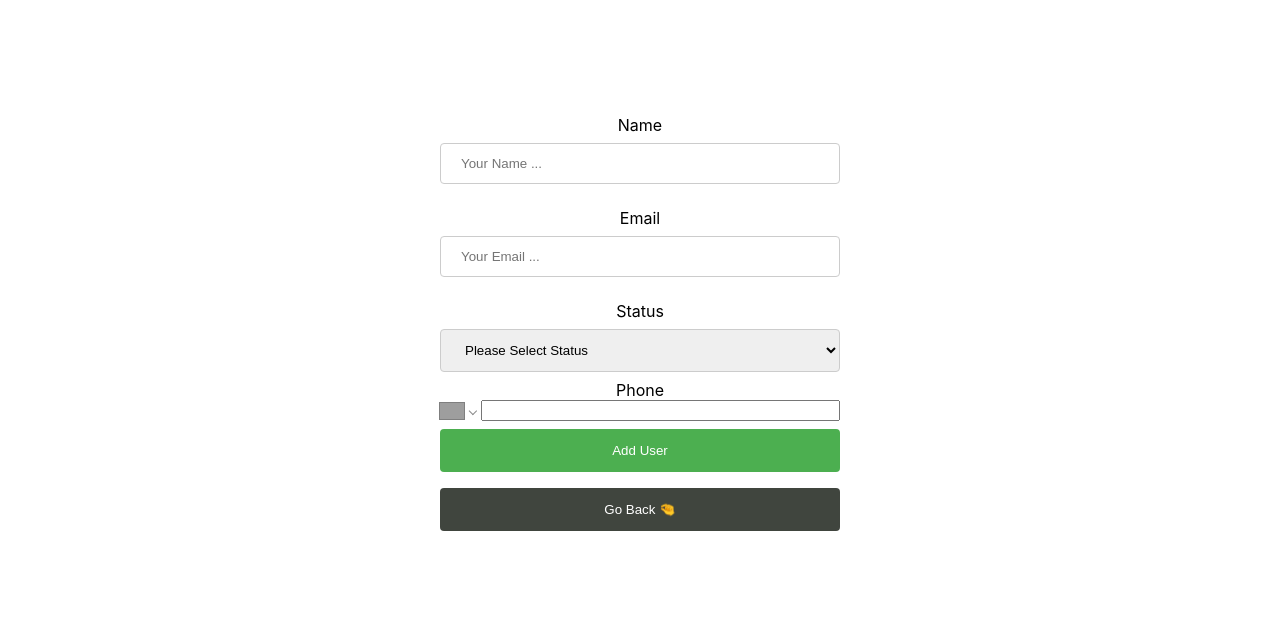
Repository: fdhhhdjd/Redux-Toolkit-CURD-Firebase
Page: /add
These files come from the project's save history. The page is drawn as it stood at one moment and after the next save; the edit follows.
The browser window is 1280 px wide. The pictures show the whole page.
Pictures or frames that could not be fetched are drawn as grey boxes. The project was rebuilt for these pictures with package versions that can differ from the ones it lists, and the page was loaded fresh each time. Also part of the build but not shown: src/Styles/Home.css, src/Component/Moments.js, src/Component/Home.js, src/Styles/View.css, src/Component/View.js.

Above is the page before, as saved 2021-10-25 14:29:59.

After the next save:
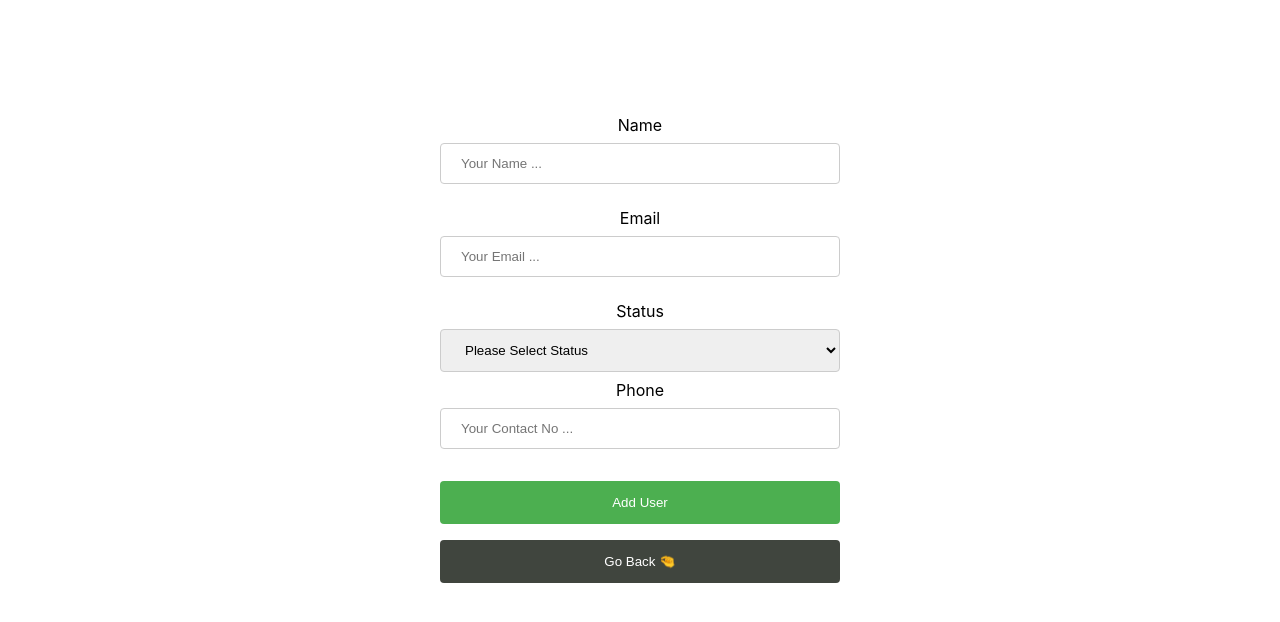
Saved 4 min 11 s later.
--- a/src/Component/AddEdit.js
+++ b/src/Component/AddEdit.js
@@ -10,8 +10,6 @@ import { toast } from "react-toastify";
 import { useDispatch, useSelector } from "react-redux";
 import { Link, useHistory, useParams } from "react-router-dom";
 import { useForm, Controller } from "react-hook-form";
-import PhoneInput, { isValidPhoneNumber } from "react-phone-number-input";
-import "react-phone-number-input/style.css";
 const initialState = {
   name: "",
   email: "",
@@ -30,7 +28,6 @@ const AddEdit = () => {
     formState: { errors },
     handleSubmit,
     watch,
-    control,
   } = useForm({
     mode: "all",
   });
@@ -121,25 +118,18 @@ const AddEdit = () => {
             </option>
           </select>
           <label htmlFor="phone">Phone</label>
-          <Controller
-            name="phone-input"
-            control={control}
-            rules={{
-              validate: (value) => isValidPhoneNumber(value),
-            }}
-            render={({ field: { onChange, value } }) => (
-              <PhoneInput
-                value={value}
-                onChange={onChange}
-                defaultCountry="TH"
-                id="phone-input"
-              />
-            )}
+          <input
+            type="text"
+            id="phone"
+            placeholder="Your Contact No ..."
+            value={phone || ""}
+            {...register("phone", { required: true, min: 18, max: 99 })}
+            onChange={handleInputChange}
           />
-
-          {errors["phone-input"] && (
-            <p className="error-message">Invalid Phone</p>
-          )}
+          <p style={{ color: "red" }}>
+            {errors.phone?.type === "required" &&
+              "Please Phone and Correct Number"}
+          </p>
           {id ? (
             <input type="submit" value="Edit User" />
           ) : (
